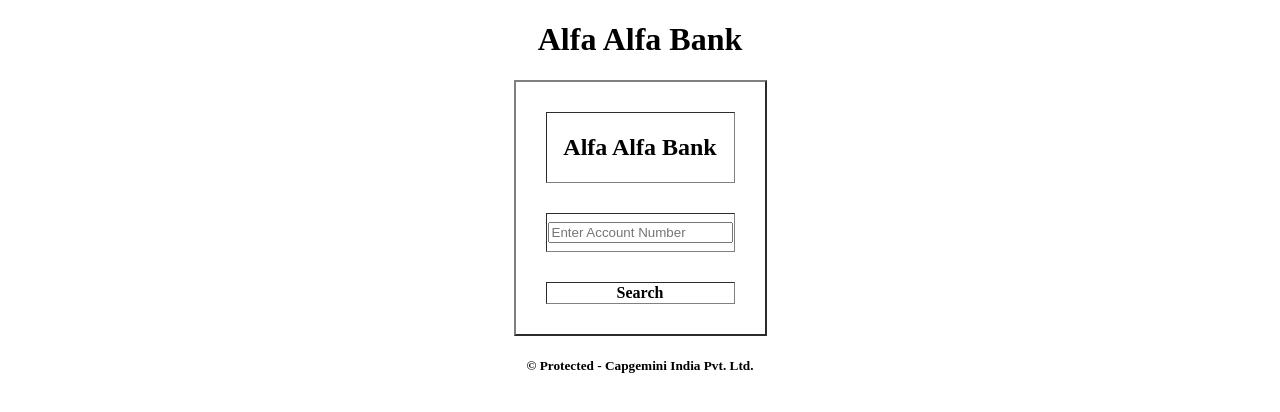
Repository: Rccalfa123/OnlineBankingApp
Page: http://localhost/AlfaAlfaBankApp/searchAccount.jsp
An editor plug-in stored every save of this project. The page is shown before and after the next save, followed by the edit.
The browser window is 1280 px wide. The pictures show the whole page.
The page is served by Tomcat 9. Other server files are loaded and not shown.

Above is the page before, as saved 2018-08-10 11:17:45.

### AlfaAlfaBankApp/WebContent/searchAccount.jsp
<%@ page language="java" contentType="text/html; charset=ISO-8859-1"
    pageEncoding="ISO-8859-1"%>
<!DOCTYPE html>
<html>
<head>
<meta charset="ISO-8859-1">
<title>Search an Account</title>
</head>
<body>
	<jsp:include page="header.jsp"></jsp:include>
	<form action=".app" method="get">

		<div>
			<table cellspacing="30" align="center" border="2">
				<tr>
					<th colspan="6" height="35"><h2>Alfa Alfa Bank</h2></th>
				</tr>

				<tr>
					<th colspan="6" height="35"> <input type="number" name="typedAccount"  placeholder="Enter Account Number"></th>
				</tr>

				<tr>
					<th> Search</th>
				</tr>
			</table>
		</div>

	</form>
	<jsp:include page="footer.html"></jsp:include>

</body>
</html>

### AlfaAlfaBankApp/WebContent/header.jsp
<%@taglib prefix="jstl" uri="http://java.sun.com/jsp/jstl/core" %>
<div align="center">
	<h1>Alfa Alfa Bank</h1>
</div>

### AlfaAlfaBankApp/WebContent/footer.html
<div align="center">
<h5>&copy; Protected - Capgemini India Pvt. Ltd.</h5>
</div>

### AlfaAlfaBankApp/WebContent/mystyle.css
@charset "ISO-8859-1";

body {
    background-color: lightpink;
}

h1 {
    color: navy;
}

td{

 font-family: sans-serif;

}

table {
	border-color: red;
	border-right: 2px 2px 2px 2px ;
}

a{
	text-decoration: none;
	color: green;
}

After the next save:
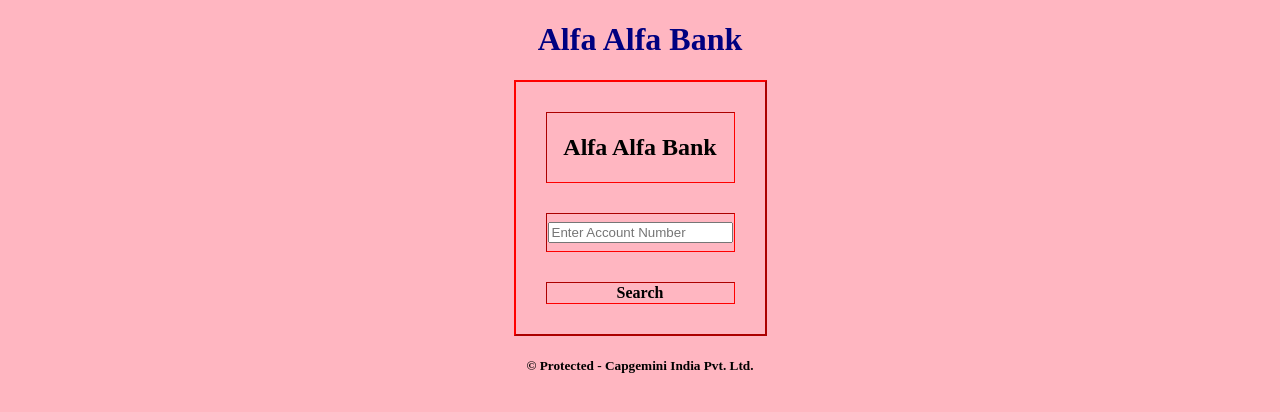
Saved 2 min 4 s later.
--- a/AlfaAlfaBankApp/WebContent/searchAccount.jsp
+++ b/AlfaAlfaBankApp/WebContent/searchAccount.jsp
@@ -3,6 +3,9 @@
 <!DOCTYPE html>
 <html>
 <head>
+
+<link rel="stylesheet" type="text/css" href="mystyle.css">
+
 <meta charset="ISO-8859-1">
 <title>Search an Account</title>
 </head>
